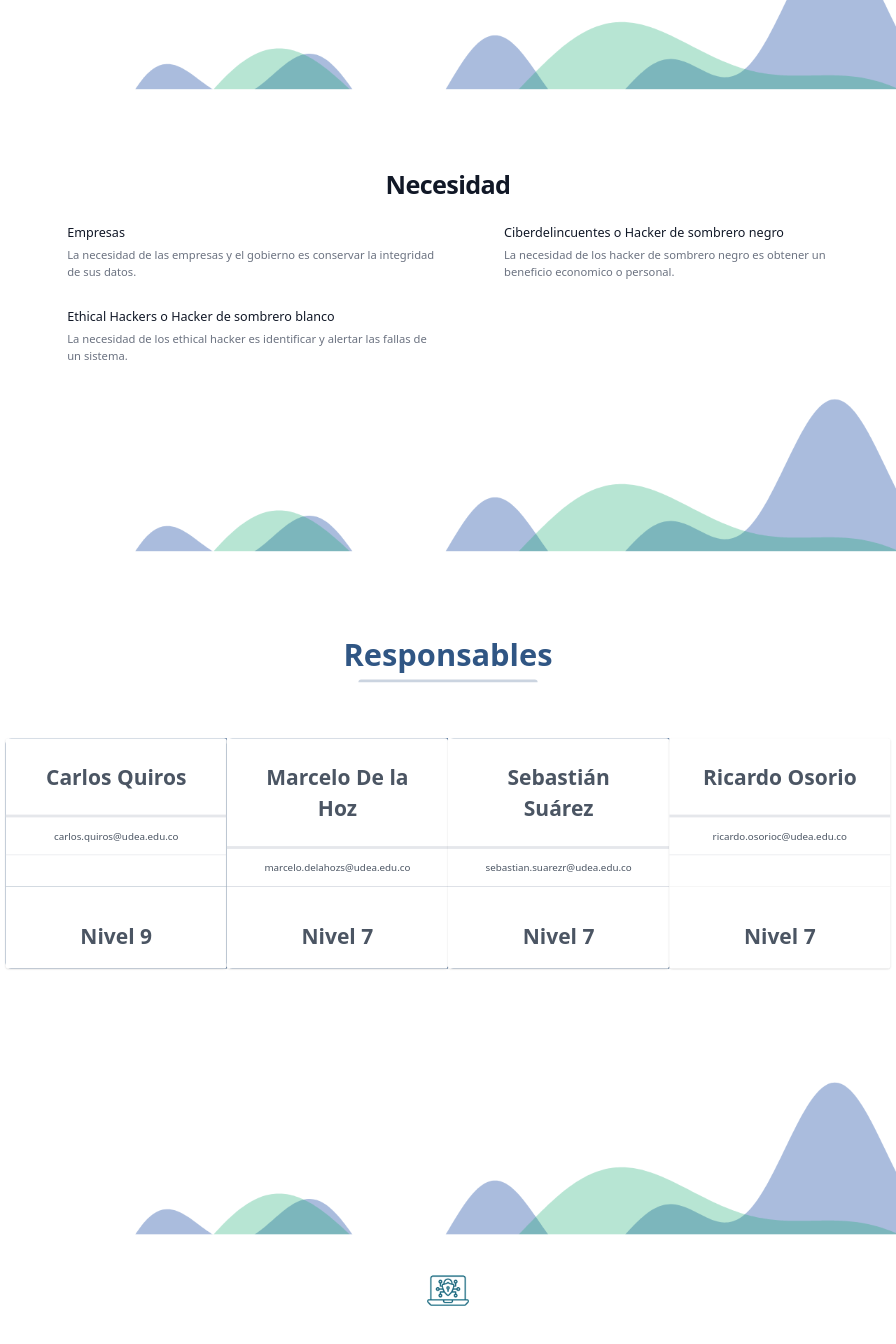
Repository: cardacar/fdi-2022
Page: /
An editor plug-in stored every save of this project. The page is shown before and after the next save, followed by the edit.
The browser window is 1280 px wide. The pictures show the part of the page from y = 3544 to 5464 px (the page is 5530 px tall before and 5482 px after), at 70% of full size.
The project was rebuilt for these pictures with package versions that can differ from the ones it lists, and the page was loaded fresh each time. The framework's server and built-in components were replaced by stand-ins that run in the browser. Also part of the build but not shown: next.config.js.

Above is the page before, as saved 2022-08-07 16:10:00.

After the next save:
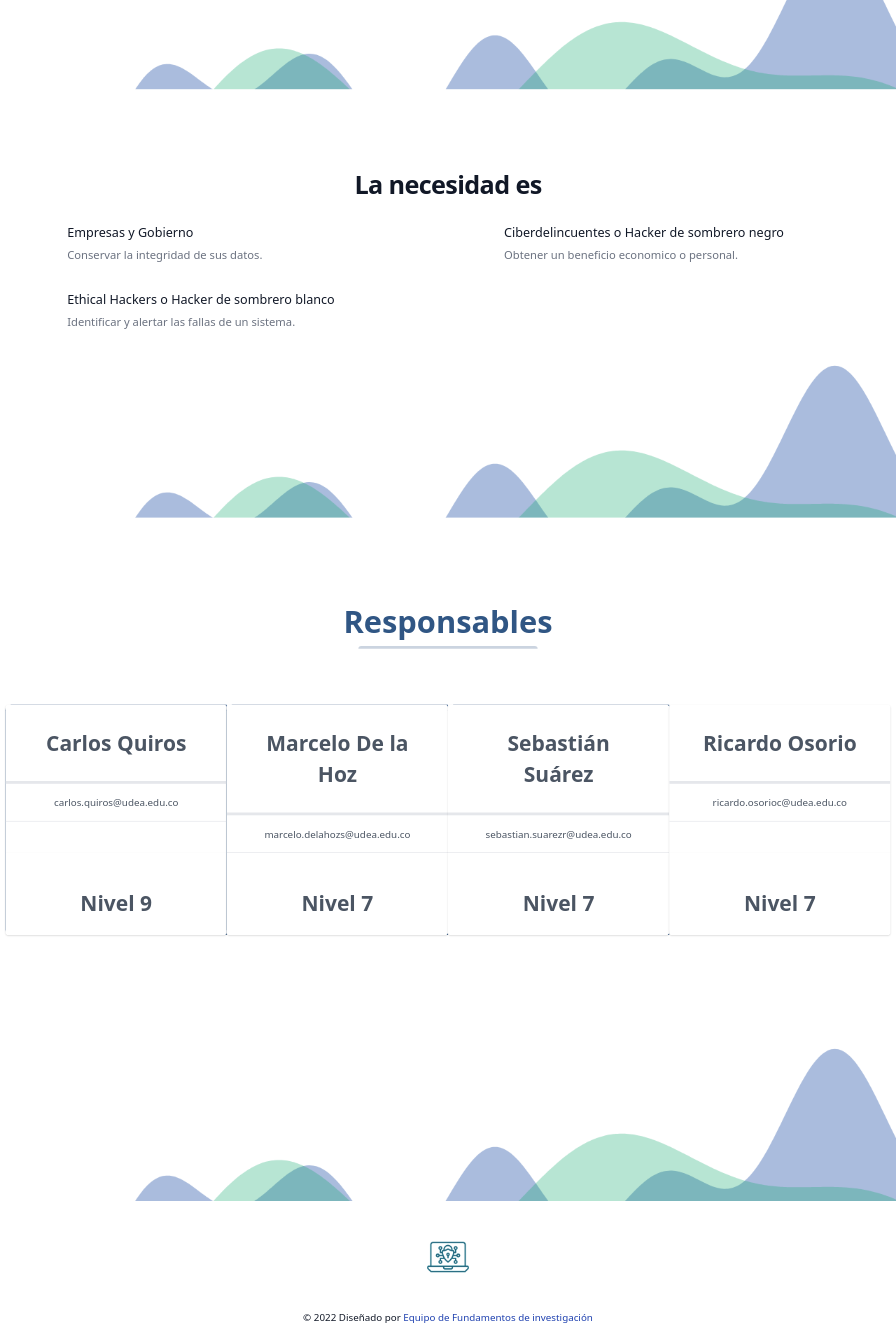
Saved 67 s later.
--- a/src/config/index.json
+++ b/src/config/index.json
@@ -76,20 +76,20 @@
   },
   "Necesidad": {
     "title": "",
-    "subtitle": "Necesidad",
+    "subtitle": "La necesidad es",
     "description": "",
     "items": [
       {
-        "name": "Empresas",
-        "description": "La necesidad de las empresas y el gobierno es conservar la integridad de sus datos."
+        "name": "Empresas y Gobierno",
+        "description": "Conservar la integridad de sus datos."
       },
       {
         "name": "Ciberdelincuentes o Hacker de sombrero negro",
-        "description": "La necesidad de los hacker de sombrero negro es obtener un beneficio economico o personal."
+        "description": "Obtener un beneficio economico o personal."
       },
       {
         "name": "Ethical Hackers o Hacker de sombrero blanco",
-        "description": "La necesidad de los ethical hacker es identificar y alertar las fallas de un sistema."
+        "description": "Identificar y alertar las fallas de un sistema."
       }
     ]
   },
